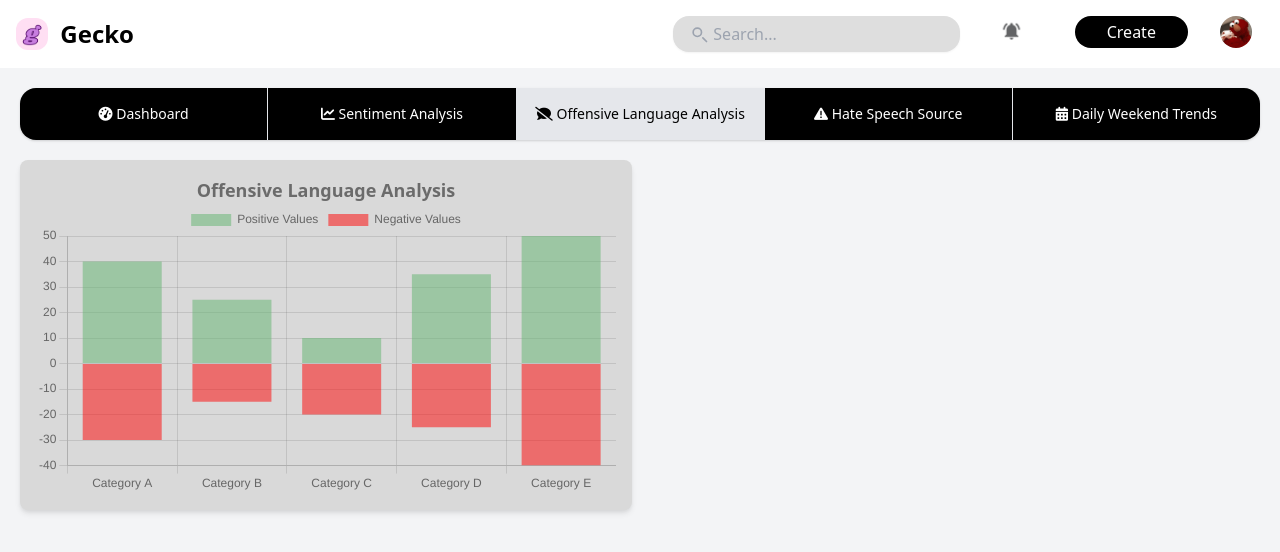
Repository: theamgri/thesis-website-nextjs
Page: hatespeech.html
An editor plug-in stored every save of this project. The page is shown before and after the next save, followed by the edit.
The browser window is 1280 px wide. The pictures show the whole page.

Above is the page before, as saved 2023-10-07 10:15:21.

After the next save:
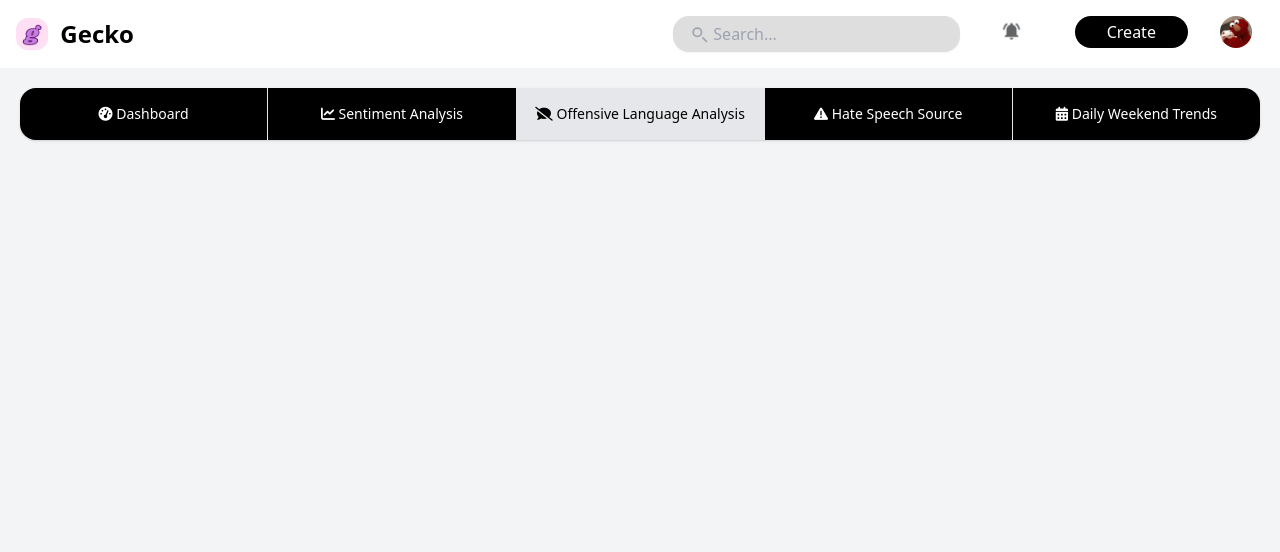
Saved 30 s later.
--- a/hatespeech.html
+++ b/hatespeech.html
@@ -119,62 +119,7 @@
           </a>
       </li>
   </ul>
-  <!-- <div class="container mx-auto mt-0"> -->
-  <div class="m-5 grid grid-cols-1 md:grid-cols-2 lg:grid-cols-2 xl:grid-cols-2 gap-4">
-    <!-- Container 1 -->
-    <div class="bg-white p-4 rounded-lg shadow-md" style="background-color: #D9D9D9;">
-        <h2 class="text-lg text-center opacity-50 font-semibold">Offensive Language Analysis</h2>
-        <canvas id="bidirectional-double-bar-graph"></canvas>
-    </div>
 
-    <script src="https://cdn.jsdelivr.net/npm/chart.js"></script>
-
-
-    <script>
-        // Data for the bidirectional double bar graph
-        const label = ['Category A', 'Category B', 'Category C', 'Category D', 'Category E'];
-        const dataset1 = [40, 25, 10, 35, 50];
-        const dataset2 = [-30, -15, -20, -25, -40];
-
-        const ctx = document.getElementById('bidirectional-double-bar-graph').getContext('2d');
-        new Chart(ctx, {
-            type: 'bar',
-            data: {
-                labels: label,
-                datasets: [
-                    {
-                        label: 'Positive Values',
-                        data: dataset1,
-                        backgroundColor: ['rgba(97, 180, 110, 0.5)', 'rgba(97, 180, 110, 0.5)', 'rgba(97, 180, 110, 0.5)', 'rgba(97, 180, 110, 0.5)', 'rgba(97, 180, 110, 0.5)'],
-                    },
-                    {
-                        label: 'Negative Values',
-                        data: dataset2,
-                        backgroundColor: ['rgba(255, 0, 0, 0.5)', 'rgba(255, 0, 0, 0.5)', 'rgba(255, 0, 0, 0.5)', 'rgba(255, 0, 0, 0.5)', 'rgba(255, 0, 0, 0.5)'],
-                    },
-                ]
-            },
-            options: {
-                responsive: true,
-                scales: {
-                    x: {
-                        beginAtZero: true,
-                        stacked: true,
-                    },
-                    y: {
-                        beginAtZero: true,
-                    },
-                },
-                plugins: {
-                    legend: {
-                        display: true,
-                        position: 'top',
-                    },
-                },
-            },
-        });
-    </script>
-    <!-- </div> -->
 
 
 
